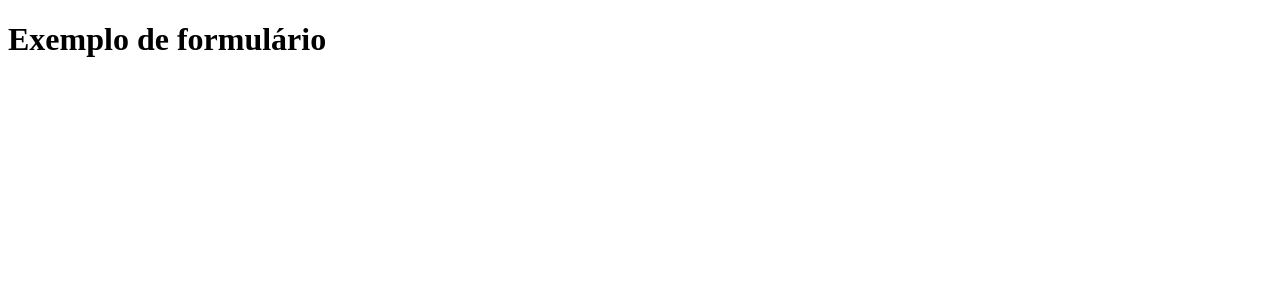
Repository: Codigo404q/html-css
Page: exercicios/ex025/form007.html
An editor plug-in stored every save of this project. The page is shown before and after the next save, followed by the edit.
The browser window is 1280 px wide. The pictures show the whole page.

Above is the page before, as saved 2024-01-30 22:06:23.

After the next save:
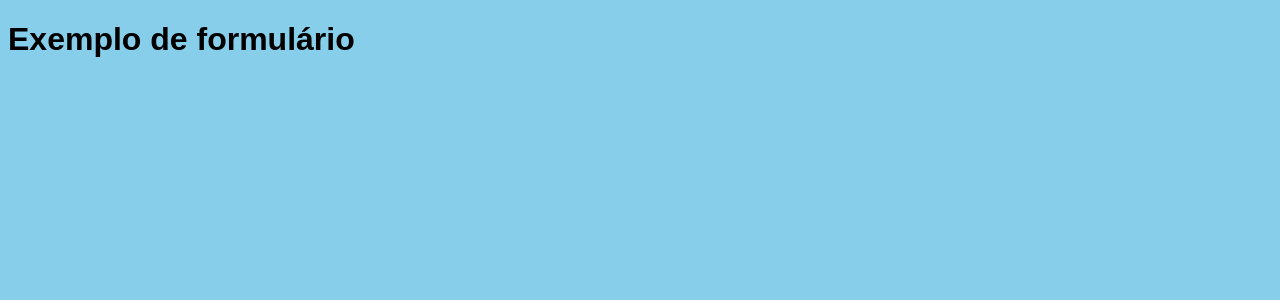
Saved 8 s later.
--- a/exercicios/ex025/form007.html
+++ b/exercicios/ex025/form007.html
@@ -5,7 +5,10 @@
     <meta name="viewport" content="width=device-width, initial-scale=1.0">
     <title>Formulário</title>
     <style>
-
+                body {
+            background-color: skyblue;
+            font-family: Arial, Helvetica, sans-serif;
+        }
     </style>
 </head>
 <body>
